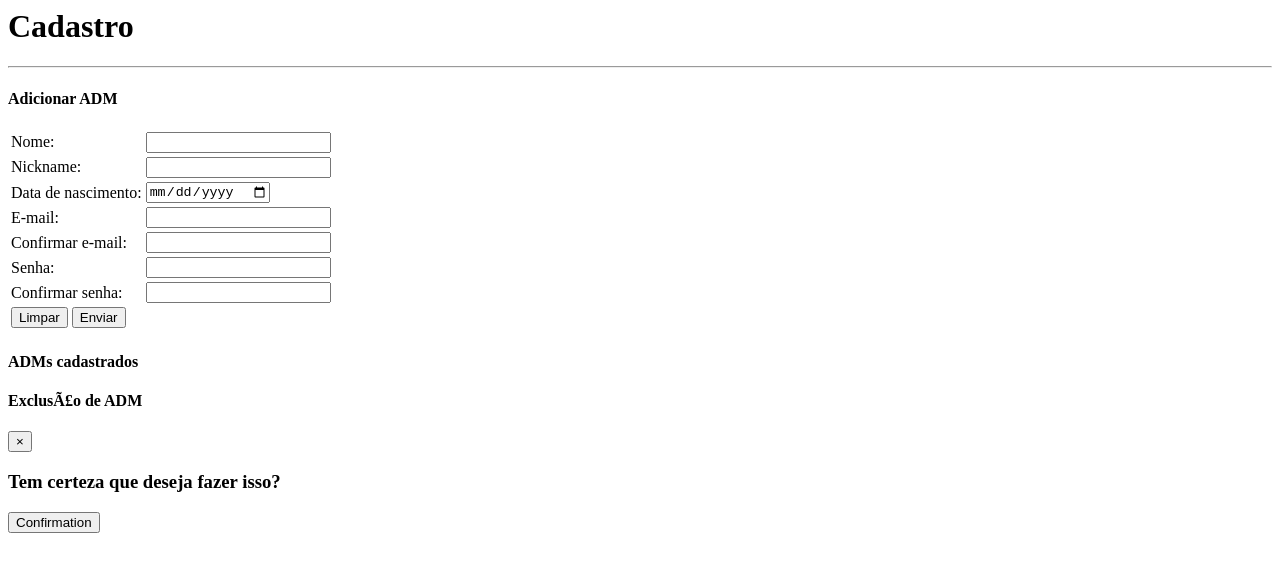
Repository: cavrau/workspaceTbog
Page: the Battle for Gondria/WebContent/system/admin/cadastro.html
An editor plug-in stored every save of this project. The page is shown before and after the next save, followed by the edit.
The browser window is 1280 px wide. The pictures show the whole page.

Above is the page before, as saved 2018-08-18 15:58:22.

After the next save:
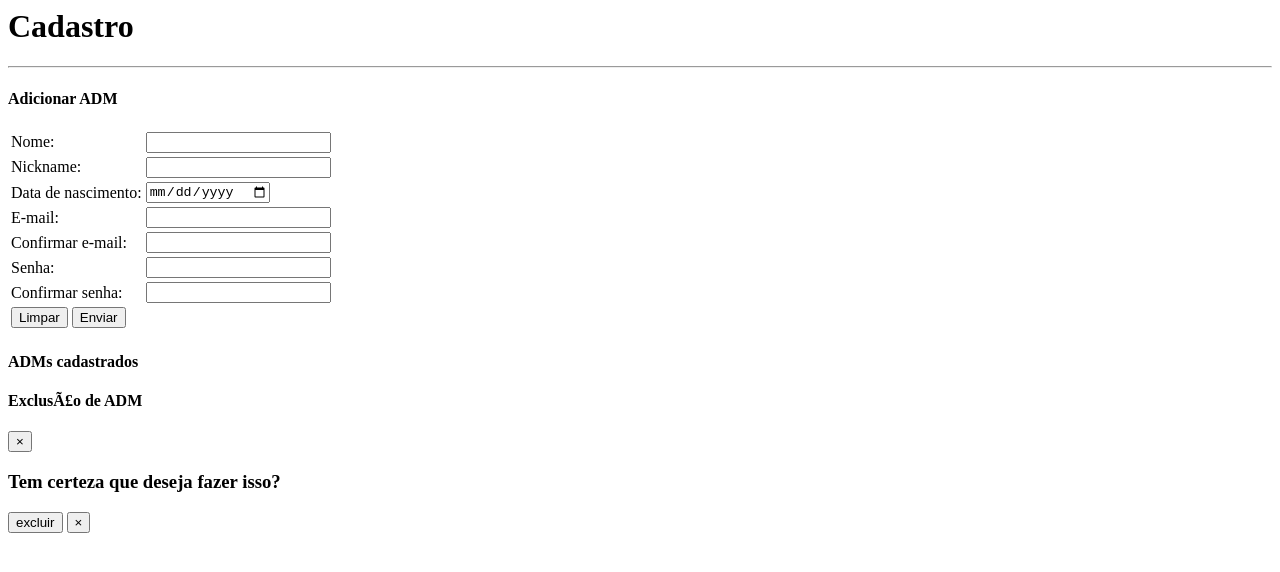
Saved 53 s later.
--- a/the Battle for Gondria/WebContent/system/admin/cadastro.html
+++ b/the Battle for Gondria/WebContent/system/admin/cadastro.html
@@ -101,7 +101,8 @@
 				<h3>Tem certeza que deseja fazer isso?</h3>
 			</div>
 			<div class="modal-footer">
-				<button id="excluiUser" class="btn btn-large btn-primary">Confirmation</button>
+				<button type="button" id="excluiUser" class="btn btn-large btn-danger" onclick="">excluir</button>
+				<button type="button" class="close" data-dismiss="modal">&times;</button>
 			</div>
 		</div>
 	</div>
